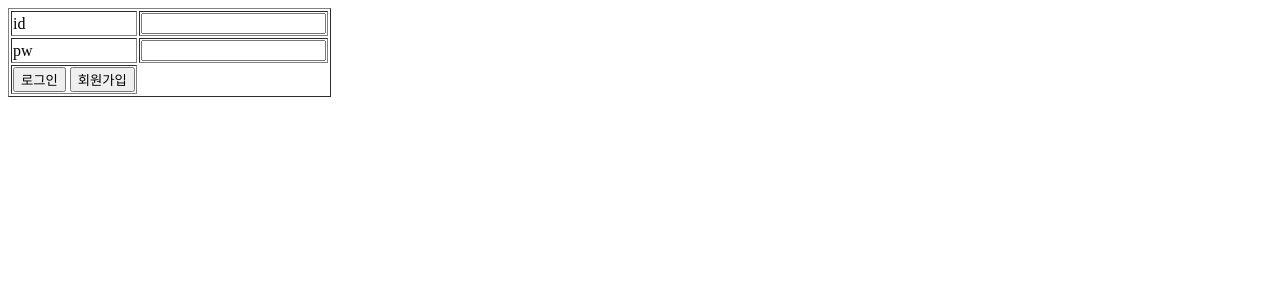
Repository: lch901/webStudy
Page: http://localhost/beanPro/login.jsp
The author's editor kept a copy of each file at every save. The page is drawn from the files as they stood at one save, then again after the next save.
The browser window is 1280 px wide. The pictures show the whole page.
The page is served by Tomcat 9.

Above is the page before, as saved 2020-08-25 00:42:04.

After the next save:
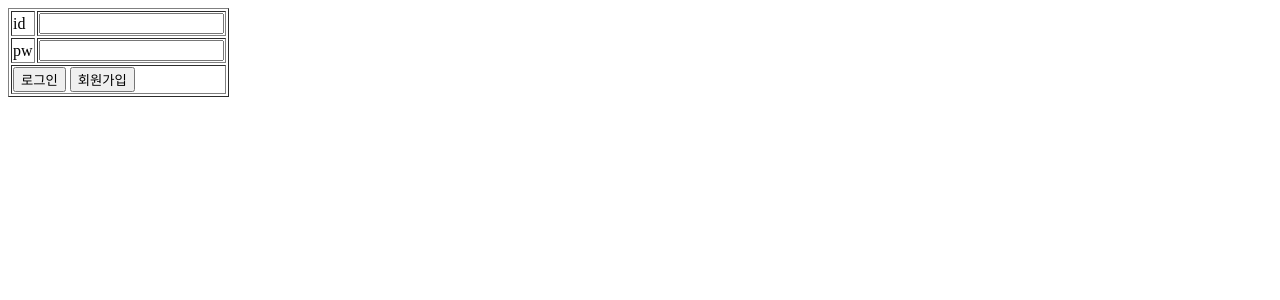
Saved 8 s later.
--- a/beanPro/WebContent/login.jsp
+++ b/beanPro/WebContent/login.jsp
@@ -18,7 +18,7 @@
 				<td><input type="text" name="mem_pwd"></td>
 			</tr>
 			<tr>
-				<td>
+				<td colspan="2">
 					<input type="submit" value="로그인"/>
 					<input type="button" value="회원가입" onclick="location.href='resigerOk.jsp'">
 				</td>
